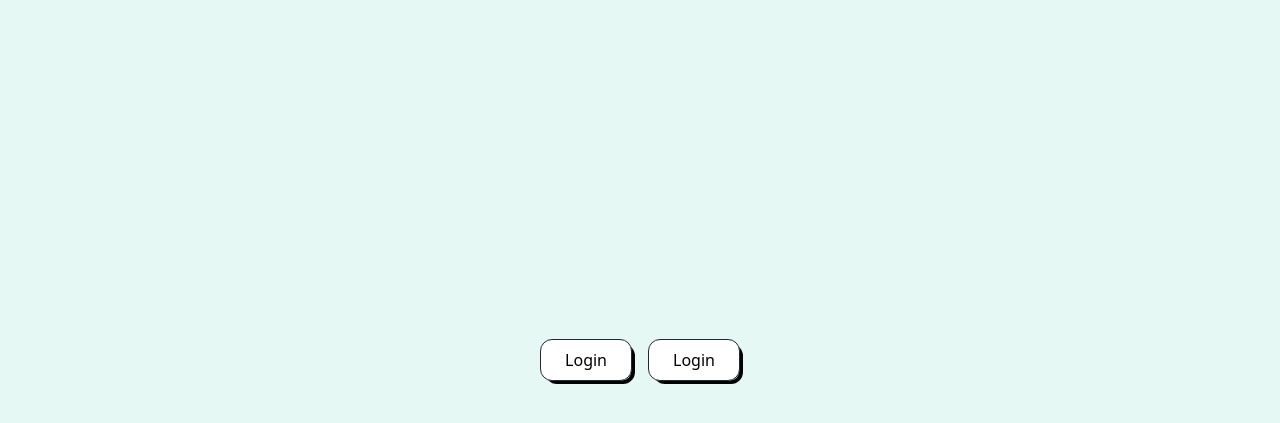
Repository: trusha97/postpilot
Page: button.html
An editor plug-in stored every save of this project. The page is shown before and after the next save, followed by the edit.
The browser window is 1280 px wide. The pictures show the whole page.
Some web libraries are served in a nearby version.

Above is the page before, as saved 2025-05-18 18:06:03.

After the next save:
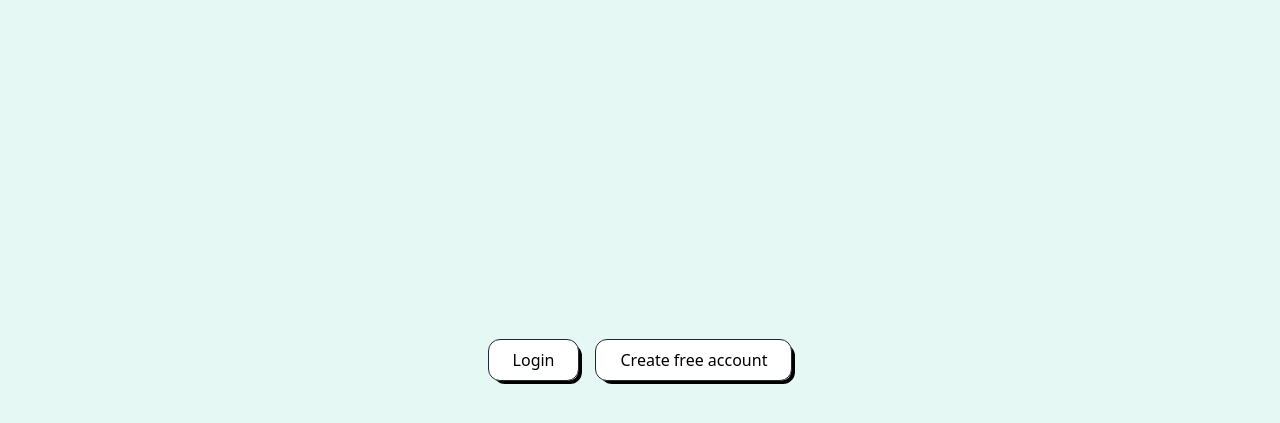
Saved 7 s later.
--- a/button.html
+++ b/button.html
@@ -18,7 +18,7 @@
 
     <button class="relative text-black font-medium border border-gray-800 bg-white px-6 py-2 rounded-xl">
       <span class="absolute inset-0 rounded-xl border-4 border-black translate-x-1 translate-y-1 -z-10"></span>
-      Login
+      Create free account
     </button>
 
     <!-- Create Account Button -->
